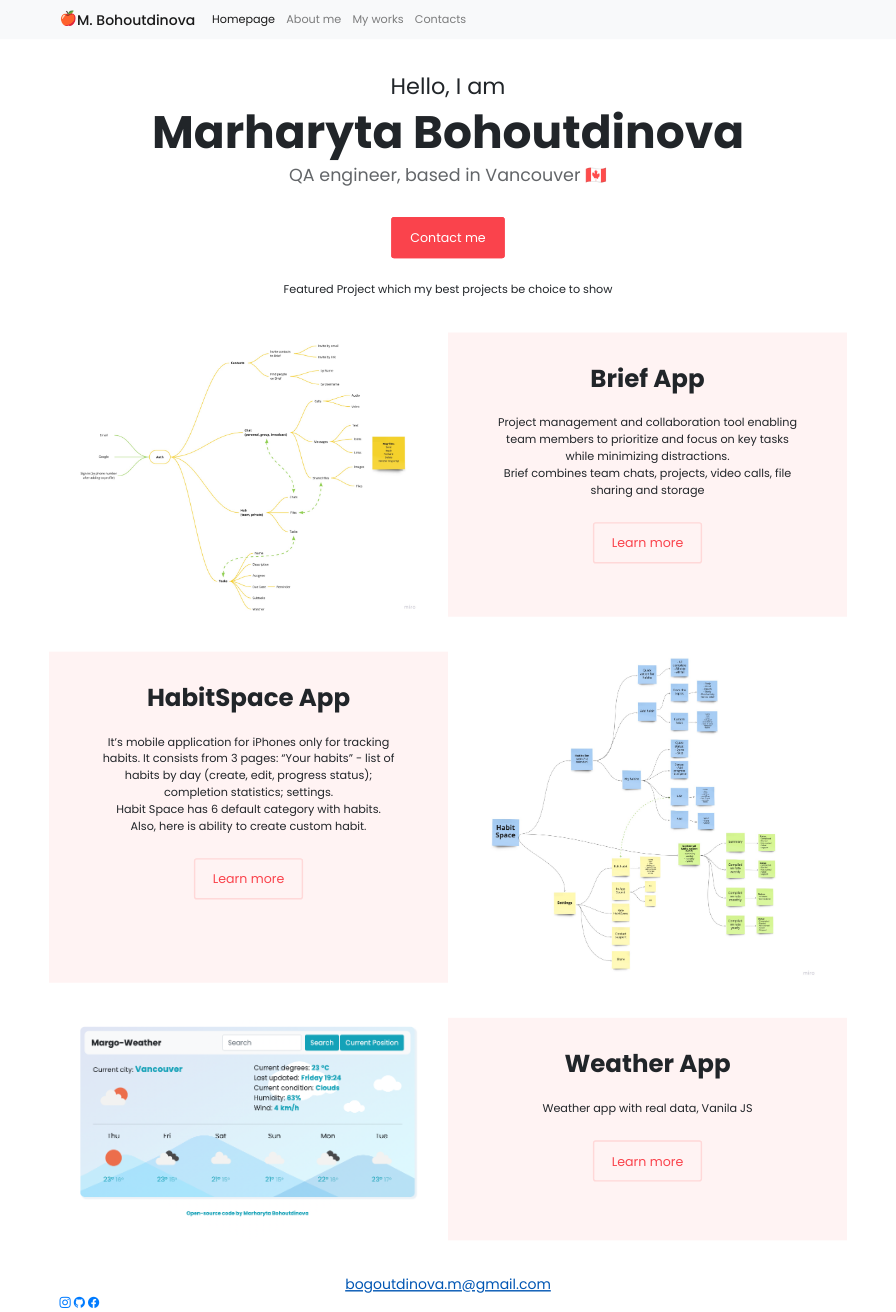
Repository: Bohoutdinova/Portfolio_week-4
Page: index.html
An editor plug-in stored every save of this project. The page is shown before and after the next save, followed by the edit.
The browser window is 1280 px wide. The pictures show the whole page, at 70% of full size.
The pointer rests on the first visible `.email-link`.
Some web libraries are served in a nearby version.

Above is the page before, as saved 2022-08-15 12:51:57.

### index.html
<!DOCTYPE html>
<html lang="en">
  <head>
    <meta charset="UTF-8" />
    <meta http-equiv="X-UA-Compatible" content="IE=edge" />
    <meta name="viewport" content="width=device-width, initial-scale=1.0" />
    <title>M. Bohoutdinova - QA engineer</title>
    <meta
      name="description"
      content="M. Bohoutdinova - QA engineer, situated in Vancouver"
    />
    <link
      rel="stylesheet"
      href="https://cdn.jsdelivr.net/npm/bootstrap@4.3.1/dist/css/bootstrap.min.css"
      integrity="sha384-ggOyR0iXCbMQv3Xipma34MD+dH/1fQ784/j6cY/iJTQUOhcWr7x9JvoRxT2MZw1T"
      crossorigin="anonymous"
    />
    <script
      src="https://code.jquery.com/jquery-3.3.1.slim.min.js"
      integrity="sha384-q8i/X+965DzO0rT7abK41JStQIAqVgRVzpbzo5smXKp4YfRvH+8abtTE1Pi6jizo"
      crossorigin="anonymous"
    ></script>
    <script
      src="https://cdn.jsdelivr.net/npm/popper.js@1.14.7/dist/umd/popper.min.js"
      integrity="sha384-UO2eT0CpHqdSJQ6hJty5KVphtPhzWj9WO1clHTMGa3JDZwrnQq4sF86dIHNDz0W1"
      crossorigin="anonymous"
    ></script>
    <script
      src="https://cdn.jsdelivr.net/npm/bootstrap@4.3.1/dist/js/bootstrap.min.js"
      integrity="sha384-JjSmVgyd0p3pXB1rRibZUAYoIIy6OrQ6VrjIEaFf/nJGzIxFDsf4x0xIM+B07jRM"
      crossorigin="anonymous"
    ></script>
    <link rel="stylesheet" href="/src/style.css" />
    <link rel="preconnect" href="https://fonts.googleapis.com" />
    <link rel="preconnect" href="https://fonts.gstatic.com" crossorigin />
    <link rel="preconnect" href="https://fonts.googleapis.com" />
    <link rel="preconnect" href="https://fonts.gstatic.com" crossorigin />
    <link
      href="https://fonts.googleapis.com/css2?family=Abril+Fatface&family=Poppins:wght@100;400;500;700&display=swap"
      rel="stylesheet"
    />
    <link
      rel="stylesheet"
      href="https://cdn.jsdelivr.net/npm/bootstrap-icons@1.3.0/font/bootstrap-icons.css"
    />
  </head>
  <body>
    <nav class="navbar navbar-expand-lg navbar-light bg-light">
      <div class="container">
        <a class="navbar-brand" href="/index.html" title="Homepage"
          >M. Bohoutdinova</a
        >
        <button
          class="navbar-toggler"
          type="button"
          data-toggle="collapse"
          data-target="#navbarNav"
          aria-controls="navbarNav"
          aria-expanded="false"
          aria-label="Toggle navigation"
        >
          <span class="navbar-toggler-icon"></span>
        </button>
        <div class="collapse navbar-collapse" id="navbarNav">
          <ul class="navbar-nav">
            <li class="nav-item active">
              <a class="nav-link" href="/index.html" title="Homepage"
                >Homepage <span class="sr-only">(current)</span></a
              >
            </li>
            <li class="nav-item">
              <a
                class="nav-link"
                href="/about.html"
                title="About M. Bohoutdinova"
                >About me</a
              >
            </li>
            <li class="nav-item">
              <a class="nav-link" href="/works.html" title="My works"
                >My works</a
              >
            </li>
            <li class="nav-item">
              <a
                class="nav-link"
                href="/contact.html"
                title="Contact with M. Bohoutdinova"
                >Contacts</a
              >
            </li>
          </ul>
        </div>
      </div>
    </nav>
    <div class="container mt-5">
      <div class="hero-page mt-5">
        <h2>Hello, I am</h2>
        <h1 class="name">Marharyta Bohoutdinova</h1>
        <h3>QA engineer, based in Vancouver 🇨🇦</h3>
        <a href="/contact.html" class="contact-me rounded" title="Contact me"
          >Contact me</a
        >
      </div>
      <p class="about-app mt-5">
        Featured Project which my best projects be choice to show
      </p>
      <div class="row">
        <div class="col d-none d-lg-block">
          <img
            src="/images/Brief.jpeg"
            alt="Brief-app"
            class="img-fluid"
            width="500"
          />
        </div>
        <div class="col app">
          <div class="app-description">
            <h2 class="app-name">Brief App</h2>
            <p class="app-description-p">
              Project management and collaboration tool enabling team members to
              prioritize and focus on key tasks while minimizing distractions.
              <br />
              Brief combines team chats, projects, video calls, file sharing and
              storage
            </p>
            <a
              href="https://fog-leaf-033.notion.site/Brief-project-3a08bc24c317428387abc1d3a0c38bfe"
              class="app-link rounded"
              title="Brief - learn more"
              target="_blank"
              >Learn more</a
            >
          </div>
        </div>
      </div>

      <div class="row">
        <div class="col app">
          <div class="app-description">
            <h2 class="app-name">HabitSpace App</h2>
            <p class="app-description-p">
              It’s mobile application for iPhones only for tracking habits. It
              consists from 3 pages: “Your habits” - list of habits by day
              (create, edit, progress status); completion statistics; settings.
              <br />Habit Space has 6 default category with habits. <br />
              Also, here is ability to create custom habit.
            </p>
            <a
              href="https://fog-leaf-033.notion.site/Habit-Space-project-0ca4871f7ebe4eb3bdfdc0d34e2a29ba"
              class="app-link rounded"
              title="Habitspace - learn more"
              target="_blank"
              >Learn more</a
            >
          </div>
        </div>
        <div class="col d-none d-lg-block">
          <img
            src="/images/Habit_space.jpeg"
            alt="HabitSpace-app"
            class="img-fluid"
            width="500"
          />
        </div>
      </div>

      <div class="row">
        <div class="col d-none d-lg-block">
          <img
            src="/images/Weather_1.png"
            alt="Weather-app"
            class="img-fluid"
            width="500"
          />
        </div>
        <div class="col app">
          <div class="app-description">
            <h2 class="app-name">Weather App</h2>
            <p class="app-description-p">
              Weather app with real data, Vanila JS
            </p>
            <a
              href="https://sprightly-kitsune-79868f.netlify.app/"
              class="app-link rounded"
              title="Weather-app - learn more"
              target="_blank"
              >Learn more</a
            >
          </div>
        </div>
      </div>
      <footer class="mt-5">
        <div class="mail-link-footer d-flex justify-content-center">
          <a
            href="mailto:bogoutdinova.m@gmail.com"
            title="mailto"
            class="email-link"
            >bogoutdinova.m@gmail.com</a
          >
        </div>
        <div class="links-i-block">
          <a
            href="https://www.instagram.com/rita_bogout/"
            target="_blank"
            title="instagram"
            class="icons-links"
            ><i class="bi bi-instagram"></i
          ></a>
          <a
            href="https://github.com/Bohoutdinova"
            target="_blank"
            title="github"
            class="icons-links"
            ><i class="bi bi-github"></i
          ></a>
          <a
            href="https://www.facebook.com/margarita.bogoutdinova/"
            target="_blank"
            title="facebook"
            class="icons-links"
            ><i class="bi bi-facebook"></i
          ></a>
        </div>
      </footer>
    </div>
  </body>
</html>

### src/style.css
:root {
  --main-family-font: "Poppins", sans-serif;
  --main-color: #fa434c;
}
body {
  font-family: var(--main-family-font);
}

.navbar-brand {
  position: relative;
  padding-left: 25px;
  font-weight: 500;
}

.navbar-brand:before {
  position: absolute;
  content: "🍎";
  left: 0;
  top: 3px;
}

.navbar-brand:hover:before {
  content: "🍏";
}
.hero-page {
  text-align: center;
}

h2 {
  font-weight: 400;
}
h1 {
  font-weight: 700;
  font-size: 65px;
}
h3 {
  font-size: 25px;
  font-weight: 400;
  opacity: 70%;
}
.hero-page h3 {
  margin-bottom: 60px;
}
img {
  display: block;
  margin: 0 auto;
  text-align: center;
}
.col-sm-6 {
  padding: 0;
}
.contact-me {
  padding: 15px 25px;
  background-color: var(--main-color);
  color: white;
  font-size: 18px;
  border: 2px solid var(--main-color);
}
.contact-me:hover {
  color: var(--main-color);
  background-color: white;
  border-color: var(--main-color);
  text-decoration: none;
}
.about-app {
  text-align: center;
}
.app-name {
  font-size: 35px;
  font-weight: 700;
}
.app {
  background-color: rgb(255, 216, 216, 30%);
}
.app-description {
  padding: 15px 25px;
  margin: 30px;
  text-align: center;
}
.app-description-p {
  margin-top: 30px;
  margin-bottom: 50px;
}
.app-link {
  color: var(--main-color);
  padding: 15px 25px;
  font-size: 18px;
  border: 2px solid rgb(255, 216, 216);
}
.app-link:hover {
  text-decoration: none;
  color: black;
}
.row {
  margin-top: 50px;
}
.about-description {
  text-align: left;
}
@media (max-width: 900px) {
  h1 {
    font-size: 45px;
  }
  h3 {
    font-size: 20px;
  }
  .row {
    margin-top: 0;
  }
  .container-contacts {
    text-align: center;
  }
}
.about-page {
  text-align: center;
}
.works-app-head {
  color: black;
  opacity: 100%;
  font-size: 20px;
  font-weight: 700;
}
.works-p {
  font-size: 12px;
}
.container-contacts {
  padding: 160px 20px;
  margin: 0px 60px;
}
.email-link {
  text-decoration: none;
  font-size: 20px;
  color: var(--main-color);
  text-align: center;
}

After the next save:
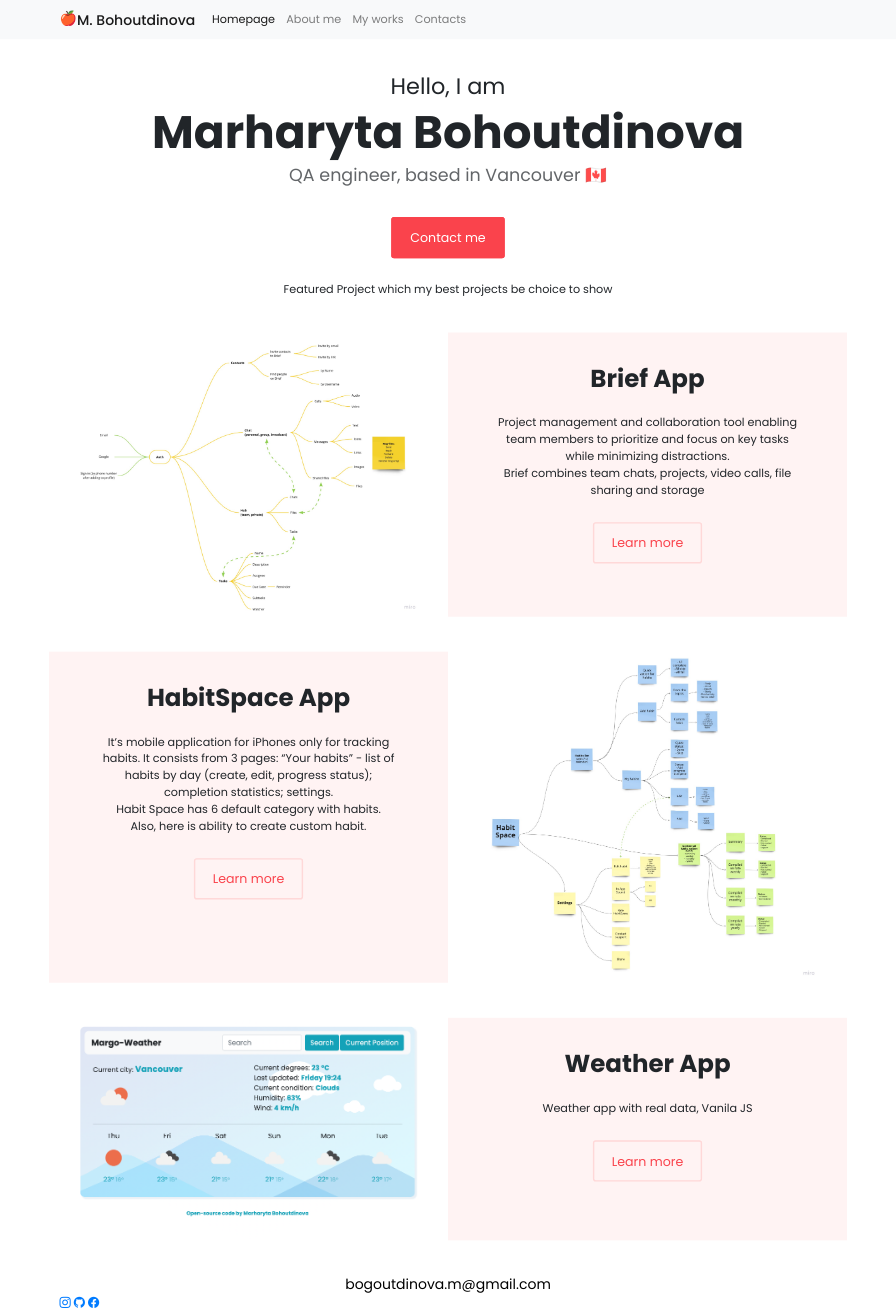
Saved 21 s later.
--- a/src/style.css
+++ b/src/style.css
@@ -133,3 +133,7 @@ img {
   color: var(--main-color);
   text-align: center;
 }
+.email-link:hover {
+  text-decoration: none;
+  color: black;
+}
